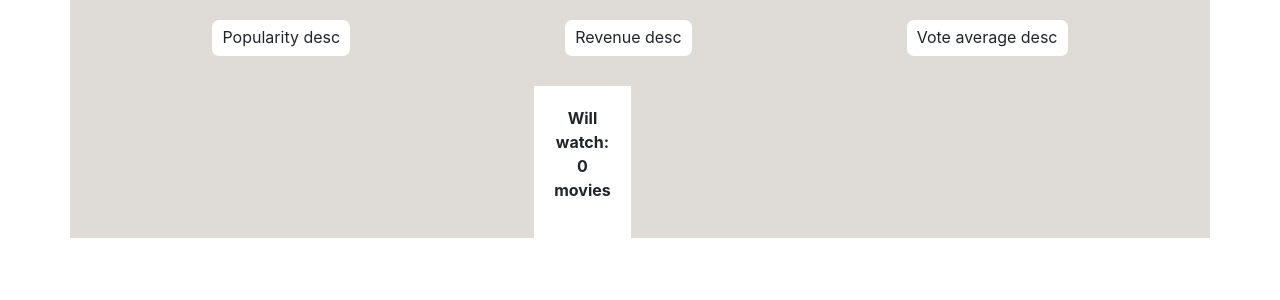
Repository: mamulini/movieslist
Page: /
An editor plug-in stored every save of this project. The page is shown before and after the next save, followed by the edit.
The browser window is 1280 px wide. The pictures show the whole page.
The page's requests for data from a server got no answer. Some web libraries are served in a nearby version. The project was rebuilt for these pictures with package versions that can differ from the ones it lists, and the page was loaded fresh each time. No one was signed in, and anything a server would have sent is missing. Also part of the build but not shown: src/component/MovieItem.jsx.

Above is the page before, as saved 2020-03-12 13:46:33.

### public/index.html
<!DOCTYPE html>
<html lang="en">
  <head>
    <meta charset="utf-8" />
    <link rel="icon" href="%PUBLIC_URL%/favicon.ico" />
    <meta name="viewport" content="width=device-width, initial-scale=1" />
    <meta name="theme-color" content="#000000" />
    <meta
      name="description"
      content="Web site created using create-react-app"
    />
    <link rel="stylesheet" href="https://cdnjs.cloudflare.com/ajax/libs/font-awesome/5.11.2/css/all.css" integrity="sha256-46qynGAkLSFpVbEBog43gvNhfrOj+BmwXdxFgVK/Kvc=" crossorigin="anonymous" />
    <link rel="apple-touch-icon" href="%PUBLIC_URL%/logo192.png" />
    <!--
      manifest.json provides metadata used when your web app is installed on a
      user's mobile device or desktop. See https://developers.google.com/web/fundamentals/web-app-manifest/
    -->
    <link rel="manifest" href="%PUBLIC_URL%/manifest.json" />
    <!--
      Notice the use of %PUBLIC_URL% in the tags above.
      It will be replaced with the URL of the `public` folder during the build.
      Only files inside the `public` folder can be referenced from the HTML.

      Unlike "/favicon.ico" or "favicon.ico", "%PUBLIC_URL%/favicon.ico" will
      work correctly both with client-side routing and a non-root public URL.
      Learn how to configure a non-root public URL by running `npm run build`.
    -->
    <title>ReactWarrior App</title>
  </head>
  <body>
    <noscript>You need to enable JavaScript to run this app.</noscript>
    <div id="root"></div>
    <!--
      This HTML file is a template.
      If you open it directly in the browser, you will see an empty page.

      You can add webfonts, meta tags, or analytics to this file.
      The build step will place the bundled scripts into the <body> tag.

      To begin the development, run `npm start` or `yarn start`.
      To create a production bundle, use `npm run build` or `yarn build`.
    -->
  </body>
</html>

### src/index.js
import React from 'react';
import ReactDOM from 'react-dom';
import 'bootstrap/dist/css/bootstrap.css';
import './index.css';
import App from './container/App';
import * as serviceWorker from './serviceWorker';



ReactDOM.render(<App />, document.getElementById('root'));

serviceWorker.unregister();

### src/index.css
body {
  margin: 0;
  padding: 0;
  font-family: -apple-system, BlinkMacSystemFont, 'Segoe UI', 'Roboto', 'Oxygen',
    'Ubuntu', 'Cantarell', 'Fira Sans', 'Droid Sans', 'Helvetica Neue',
    sans-serif;
  -webkit-font-smoothing: antialiased;
  -moz-osx-font-smoothing: grayscale;
  box-sizing: border-box;
}

code {
  font-family: source-code-pro, Menlo, Monaco, Consolas, 'Courier New',
    monospace;
}
























/* .container{
  max-width: 400px;
  margin: 0 auto;
  background: #ffffff;
}

.tittle{
  text-align: left;
}

.poster{
  display: block;
  max-width: 400px ;
}

.overview{
  max-width: 500px;
}

.voteArea{
  display: flex;
  justify-content: space-between;
  align-items: center;
}

.likeBtn{
  background: blue;
  color: #ffffff;
} */

### src/container/App.js
import React from 'react';
import './App.css';
// import MoviesData from '../MoviesData';
import MovieItem from '../component/MovieItem';
import MovieTabs from '../component/MovieTabs';
import {API_URL,API_KEY_3} from '../utils/api';




class App extends React.Component{
  constructor(){
    super();
    this.state = {
      movies: [],
      moviesWillWatch: [],
      sortBy: 'popularity.desc'

      }

      console.log('Constructor');
  }

 componentDidMount() {
   fetch(`${API_URL}/discover/movie?api_key=${API_KEY_3}&sort_by=${this.state.sortBy}`).then( response => {
     return response.json()
   }).then( data => {

     this.setState({
       movies: data.results
     })
   })
 }


  removeMovie = movie => {
    const updateMovies = this.state.movies.filter(function (item){
      return item.id !== movie.id
    });
    this.setState({
      movies: updateMovies
    });
  }

  addMoviesToWillWatch = movie => {
    const updateMoviesWillWatch = [...this.state.moviesWillWatch];
    updateMoviesWillWatch.push(movie);
    console.log(updateMoviesWillWatch);

    this.setState({
      moviesWillWatch: updateMoviesWillWatch
    })
  }

  removeMovieFromWillWatch = movie => {
    const updateMoviesWillWatch = this.state.moviesWillWatch.filter(function (item){
      return item.id !== movie.id
    });
    this.setState({
      moviesWillWatch: updateMoviesWillWatch
    });
  }



  render(){
    console.log('render');
      return(
      <div className='container'>
        <MovieTabs sortBy={this.state.sortBy} />
        <div className={'movie__wrapper'}>
          <div className={'movies'}>{this.state.movies.map( movie => {
          return(
           <MovieItem removeMovie={this.removeMovie} addMoviesToWillWatch={this.addMoviesToWillWatch}  movie={movie} removeMovieFromWillWatch={this.removeMovieFromWillWatch} />
          )
          })}

          </div>
          <div className={'willWatch'}>
            <p>Will watch: {this.state.moviesWillWatch.length} movies</p>
            {/* <div>{this.state.moviesWillWatch}</div> */}
          </div>
        </div>
      </div>


    )
  }
}

export default App;

### src/container/App.css

.container{
  display: flex;
  flex-direction: column;
  background: rgba(207, 203, 197, 0.671);


}

.movie__tabs{
  display: flex;
  justify-content: space-around;
  padding: 20px;
}

.nav__link{
  padding: 5px 10px;
  background: #ffffff;
  border-radius: 7px;
  cursor: pointer;
  border-bottom: 2px solid transparent;
}

.nav__link .active{
  background: #7e72c5;
  color: #ffffff;
}

.nav__link:hover{
  border-bottom: 2px solid #7e72c5; ;
}

.nav__link:active{
  opacity: .5;;
}

.movie__wrapper{
  max-width: 100%;
  padding: 0;
  display: flex;
  flex-flow: row wrap;
  margin: 0 auto;

}

.willWatch{
  flex: 0 0 20%;
  background: #ffffff;
  text-align: center;
  padding: 10px;
  font-weight: bold;
}

.willWatch p{
  text-align: center;
  padding: 10px;
  font-weight: bold;
}


.movies{
  flex: 0 0 80%;
  padding: 5px;
  display: flex;
  flex-flow: row wrap;



}

.movie__item{
  box-shadow: 0 0 18px rgba(214,214,214,.9);
  flex: 0 0 22%;
  margin: 10px;
  background: #ffffff;
}

.movie__title{
  padding: 10px;
  text-align: center;
  font-size: 1rem;

}

.movie__poster{
  max-width: 100%;
}
.movie__poster img{
  width: 100%;
}


.movie__rank{
  color: goldenrod;
  font-size: 1.5em;
}

.movie__btn{
  margin: 5px auto;
  background: red;
  color: #ffffff;
  border-radius: 8px;
}




.willWatch__btn{
  float: right;
  margin: 5px;
  background: rgb(101, 116, 105);
  color: #ffffff;
  border-radius: 8px;

}
.willWatch__btn--success{
  float: right;
  margin: 5px;
  background: rgb(22, 170, 29);
  color: #ffffff;
  border-radius: 8px;

}

### src/component/MovieTabs.jsx
import React from 'react';


class MovieTabs extends React.Component{
    render(){
        const {sortBy} = this.props
        return(
            <ul className={'movie__tabs nav nav__pils'}>
                <li className={'nav__item'}>
                    <div className={`nav__link ${sortBy === 'popularity.desc' ? 'active' : ''}`}>Popularity desc</div>
                </li>
                <li className={'nav__item'}>
                    <div className={`nav__link ${sortBy === 'revenue.desc' ? 'active' : ''}`}>Revenue desc</div>
                </li>
                <li className={'nav__item'}>
                    <div className={`nav__link ${sortBy === 'vote_average.desc' ? 'active' : ''}`}>Vote average desc</div>
                </li>
            </ul>
        )
    }
}

export default MovieTabs

### src/utils/api.js
export const API_URL = "https://api.themoviedb.org/3";

export const API_KEY_3 = "3f4ca4f3a9750da53450646ced312397";

export const API_KEY_4 =
  "eyJ0eXAiOiJKV1QiLCJhbGciOiJIUzI1NiJ9.eyJhdWQiOiIzZjRjYTRmM2E5NzUwZGE1MzQ1MDY0NmNlZDMxMjM5NyIsInN1YiI6IjVhYzlmNWRkOTI1MTQxNjJhZTA1Njk0NiIsInNjb3BlcyI6WyJhcGlfcmVhZCJdLCJ2ZXJzaW9uIjoxfQ.Fc4f9DVB6pFWh6hIjYe0NCC4pImdmNzDIfi_3Nb3tC4";

Loaded but not shown: src/serviceWorker.js (common file)

After the next save:
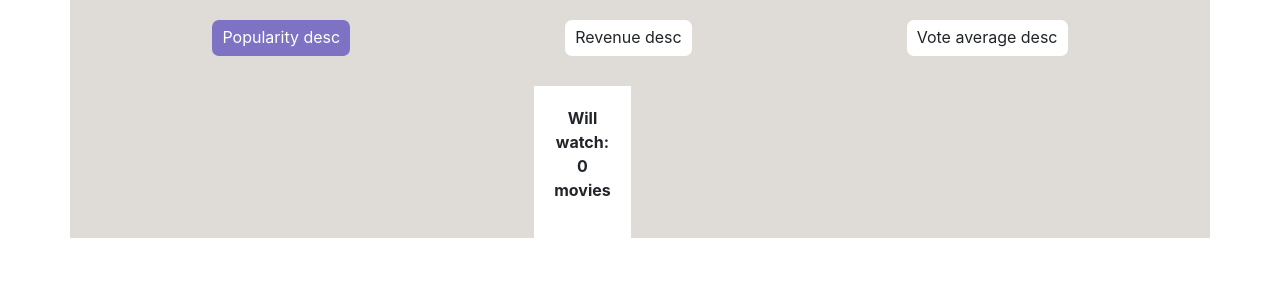
Saved 3 min 31 s later.
--- a/src/container/App.css
+++ b/src/container/App.css
@@ -21,7 +21,7 @@
   border-bottom: 2px solid transparent;
 }
 
-.nav__link .active{
+.active{
   background: #7e72c5;
   color: #ffffff;
 }
